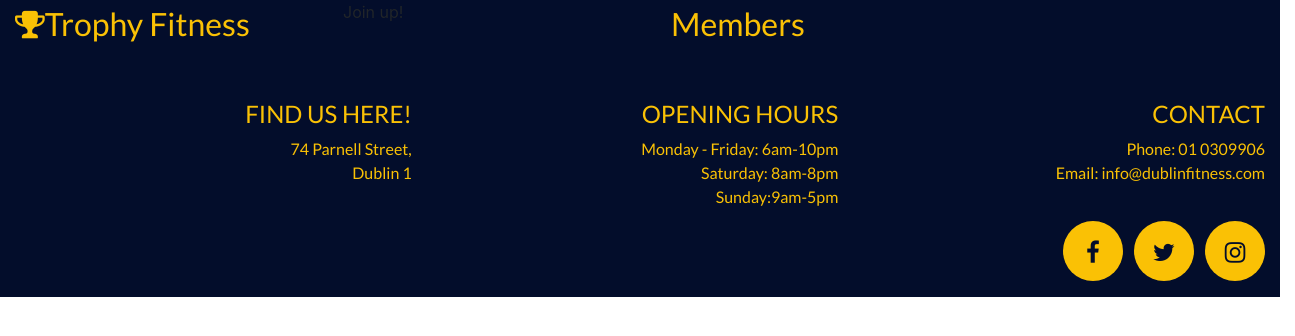
Repository: Code-Institute-Submissions/conbonbom-Milestone-project-1
Page: index.html
The author's editor kept a record of every edit. The page is drawn from the files as they stood at one moment, then again after the next edit.
The browser window is 1280 px wide. The page is 1295 px wide, so the pictures cover 1295 px, including what lies to the right of the window. The pictures show the whole page.

Above is the page before.

### index.html
<!DOCTYPE html>
<html lang="en">

<head>
    <meta charset="UTF-8">
    <meta name="viewport" content="width=device-width, initial-scale=1.0">
    <meta http-equiv="X-UA-Compatible" content="ie=edge">
    <link rel="stylesheet" href="https://stackpath.bootstrapcdn.com/bootstrap/4.3.1/css/bootstrap.min.css" type="text/css" />
    <link rel="stylesheet" href="https://stackpath.bootstrapcdn.com/font-awesome/4.7.0/css/font-awesome.min.css" type="text/css" />
    <link rel="stylesheet" href="Assets/style.css" type="text/css" />
    <title>Document</title>
</head>

<body>
    <header>
        <div class="row">
            <div class="col">
                <ul class="list-inline nav">
                    <li class="col-6 col-sm-3 list-inline-item nav-item">
                        <a target="_blank" href="#">
                         <i class="fa fa-trophy"></i>Trophy Fitness
                     </a>
                    </li>
                    <li class="col-6 col-sm-3 list-inline-item nav-item">

                         Join up!
                     </a>
                    </li>
                    <li class="col-6 col-sm-3 list-inline-item nav-item">
                        <a target="_blank" href="#">
                       Members
                     </a>
                    </li>
            </div>
        </div>
    </header>
    <section>

    </section>
    <footer class="container-fluid">
        <div class="row">
            <div class="footer-section col-sm-4">
                <h4 class="uppercase">Find us here!</h3>
                    <p>74 Parnell Street,<br/>Dublin 1</p>
            </div>
            <div class="footer-section col-sm-4">
                <h4 class="uppercase general-sub">Opening Hours</h3>
                    <p>Monday - Friday: 6am-10pm <br/> Saturday: 8am-8pm<br/> Sunday:9am-5pm
                    </p>
            </div>
            <div class="footer-section col-sm-4">
                <h4 class="uppercase">Contact</h3>
                    <p>Phone: 01 0309906 <br/> Email: info@dublinfitness.com
                        <ul class="list-inline social">
                            <li class="list-inline-item">
                                <a target="_blank" href="#">
                         <i class="fa fa-facebook"></i>
                     </a>
                            </li>
                            <li class="list-inline-item">
                                <a target="_blank" href="#">
                         <i class="fa fa-twitter"></i>
                     </a>
                            </li>
                            <li class="list-inline-item">
                                <a target="_blank" href="#">
                         <i class="fa fa-instagram"></i>
                     </a>
                            </li>

                        </ul>
                        <p/>
            </div>
        </div>
    </footer>
</body>

</html>

### Assets/style.css
@import url('https://fonts.googleapis.com/css?family=Lato&display=swap:100, 200, 300, 400, 500, 600, 700');
.uppercase {
    text-transform: uppercase;
}

/*-------------header*/

header {
    background-color: #030d2b;
    height: 100px;
    font-size: 100%;

}

.nav-item a {
    font-family: 'Lato', sans-serif;
    font-size: 2em;
    color: #fac105;
    background-color: #030d2b;
}

.logo {
    font-size: 32px;
    color: white;
}

/*-------------footer*/

footer {
    font-family: 'Lato', sans-serif;
    color: #fac105;
    background-color: #030d2b;
}

.footer-section {
    text-align: right;
    font-weight: 300;

}

.social {
    padding-top: 20px;
}

.social li a i {
    width: 60px;
    height: 60px;
    padding: 24px 0;
    font-size: 24px;
    line-height: 14px;
    border-radius: 50%;
    color: #030d2b;
    background: #fac105;
    text-align: center;
    transition: all 0.5s ease-in-out;
    -moz-transition: all 0.5s ease-in-out;
    -webkit-transition: all 0.5s ease-in-out;
    -o-transition: all 0.5s ease-in-out;
}

.social li a i:hover {
    color: #fac105;
    background: #030d2b;
}

After the next edit:
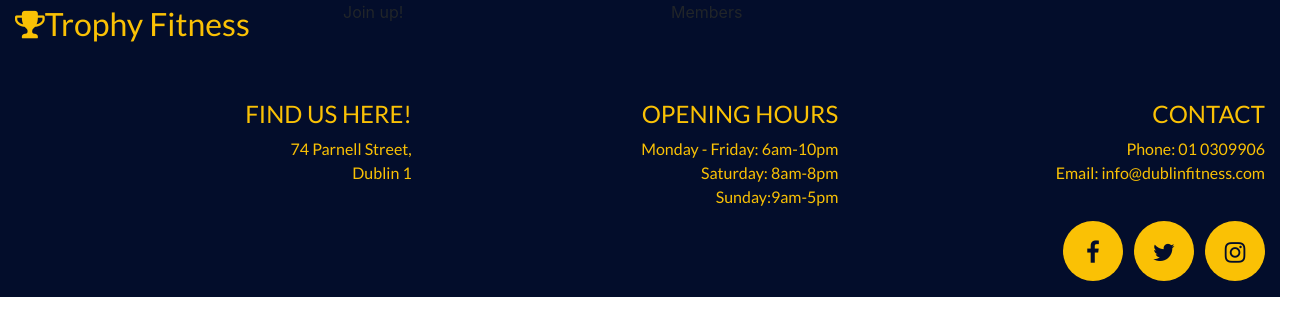
The edit:
--- a/index.html
+++ b/index.html
@@ -27,7 +27,6 @@
                      </a>
                     </li>
                     <li class="col-6 col-sm-3 list-inline-item nav-item">
-                        <a target="_blank" href="#">
                        Members
                      </a>
                     </li>
